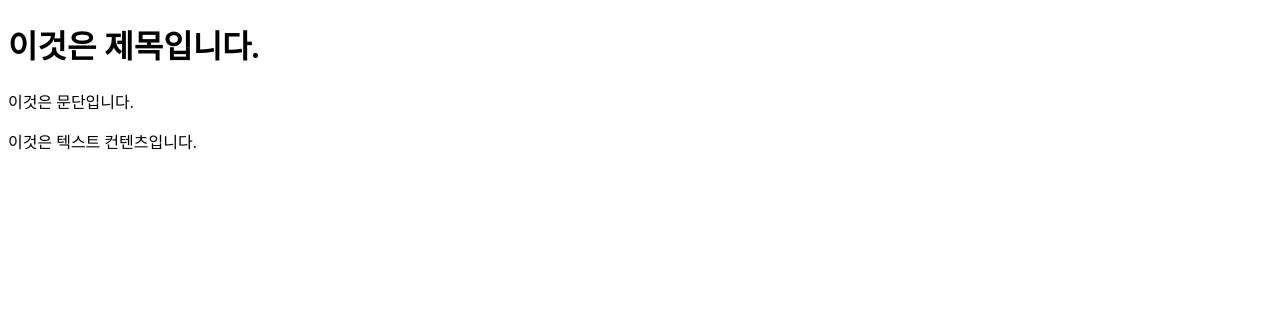
Repository: JeongminHW/Web_study
Page: HTML/myHTML/src/main/webapp/ch05/internal2.html
The author's editor kept a copy of each file at every save. The page is drawn from the files as they stood at one save, then again after the next save.
The browser window is 1280 px wide. The pictures show the whole page.

Above is the page before, as saved 2024-07-10 00:44:14.

### HTML/myHTML/src/main/webapp/ch05/internal2.html
<!DOCTYPE html>
<html>
<head>
<meta charset="UTF-8">
<title>외부 스타일</title>
<style type="external.css">
</style>
</head>
<body>
	<h1>이것은 제목입니다.</h1>
	<p>이것은 문단입니다.</p>
	<div>이것은 텍스트 컨텐츠입니다.</div>

</body>
</html>

### HTML/myHTML/src/main/webapp/ch05/css/external.css
@charset "UTF-8";
/**/
h1{color:red; font-size:80px;}
p{color:green; font-size: 20px;}
div{color: blue; font-size: 16px;}

After the next save:
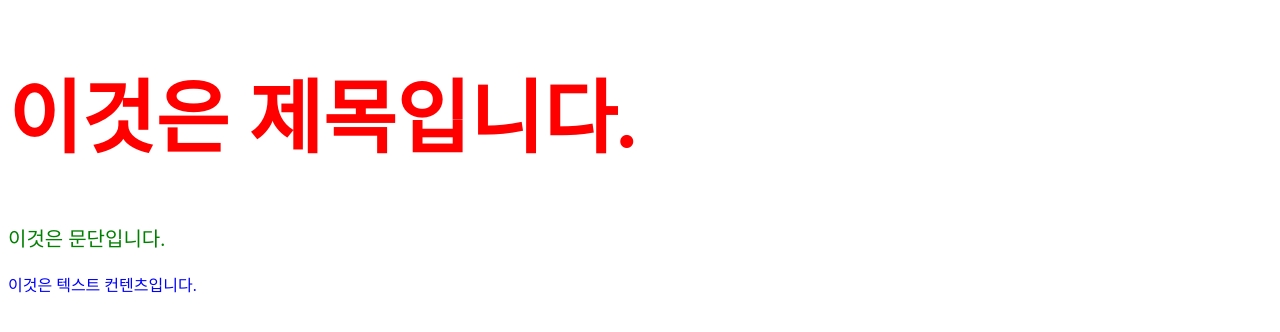
Saved 73 s later.
--- a/HTML/myHTML/src/main/webapp/ch05/internal2.html
+++ b/HTML/myHTML/src/main/webapp/ch05/internal2.html
@@ -3,8 +3,7 @@
 <head>
 <meta charset="UTF-8">
 <title>외부 스타일</title>
-<style type="external.css">
-</style>
+<link rel="stylesheet" href="./css/external.css">
 </head>
 <body>
 	<h1>이것은 제목입니다.</h1>
